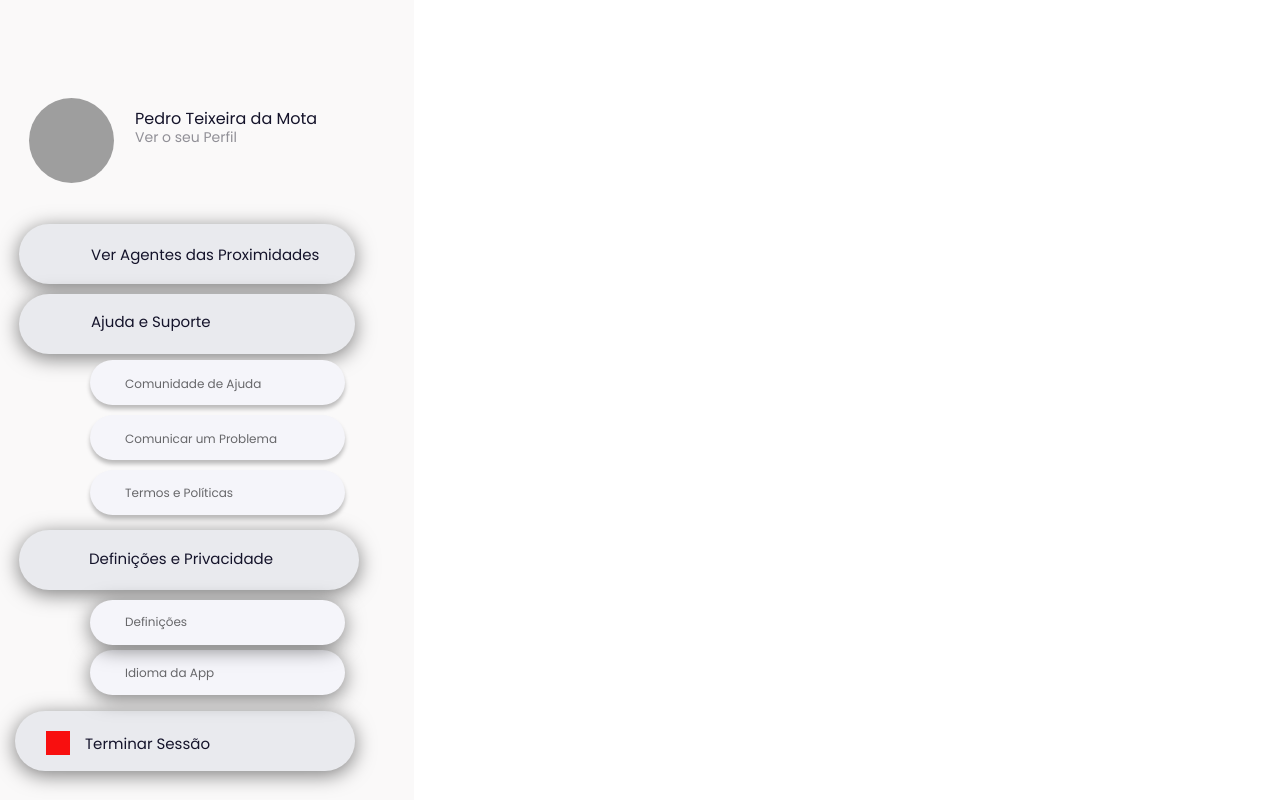
Repository: UnivMinho/D12_frontend
Page: Responsável no Terreno/Front-Office/Menu.html
The author's editor kept a record of every edit. The page is drawn from the files as they stood at one moment, then again after the next edit.
The browser window is 1280 px wide. The pictures show the whole page.
Pictures or frames that could not be fetched are drawn as grey boxes.

Above is the page before.

### Responsável no Terreno/Front-Office/Menu.html
<!DOCTYPE html>
<html>

<head>
    <meta charset="utf-8">
    <meta name="viewport" content="width=device-width, initial-scale=1, maximum-scale=1, user-scalable=no">
    <link href="https://fonts.googleapis.com/css?family=Poppins&display=swap" rel="stylesheet" />
    <link href="./Menu.css" rel="stylesheet" />
    <title>Document</title>
    <link href="./Menu.css" rel="stylesheet" />
    <title>Document</title>
    <link href="./Menu.css" rel="stylesheet" />
    <title>Document</title>
</head>

<body>
    <div class="v97_62">

            <div class="v97_64"></div>

            <div class="fotografia"></div><span class="textoVerPerfil">Ver o seu Perfil</span><span class="nomeAgente">Pedro Teixeira da Mota</span>
            <button class="caixaAgentesProx"></button>
            <button class="caixaAjudaeSuporte"></button>
            </div><span class="textoAjudaeSuporte">Ajuda e Suporte</span>
            </div><span class="textoVerAgentesProx">Ver Agentes das Proximidades</span>

             <!--menu de baixo
            <div class="v165_2368"></div>
            <div class="v165_2369"></div>
            <div class="name"></div>
            <div class="v165_2371"></div>
            <div class="v165_2372"></div>
            <div class="v165_2373"></div>
            <div class="v165_2374"></div>
            <div class="v165_2375"></div>
            <div class="v165_2376">
                <div class="v165_2377"></div>
                <div class="v165_2378"></div>
                <div class="v165_2379"></div>
                <div class="v165_2380"></div>
            </div>
            <div class="v165_2381"></div>-->

        <button class="caixaDefiePriv"></button>
        <div class="name"></div><span class="textoDefiePriv">Definições e Privacidade</span>
        <div class="name"></div>
        <button class="caixaTerminarSessao"></button>
        <div class="iconeTerminarSessao"></div><span class="textoTerminarSessao">Terminar Sessão</span>

        <button class="caixaTextoIdioma"></button><span class="textoIdiomaApp">Idioma da App</span>
        <div class="name"></div>
        <button class="caixaDefinicoes"></button><span class="textoDefinicoes">Definições</span>
        <button class="caixaTextoTermos"></button><span class="textoTermosPoliticas">Termos e Políticas</span>
        <button class="caixaTextoComProb"></button><span class="textoComunicarProblema">Comunicar um Problema</span>
        <button class="caixaTextoComAjuda"></button><span class="textoComunidadeAjuda">Comunidade de Ajuda</span>
        <div class="name"></div>
    </div>
</body>

</html>

### Responsável no Terreno/Front-Office/Menu.css
* {
  overflow-x: hidden;
  padding: 0px !important;
  margin: 0px !important;
}
.v97_62 {
  width: 414px;
  height: 800px;
  background: rgba(250,249,249,1);
  opacity: 1;
  position: absolute;
  top: 0px;
  left: 0px;
  overflow: hidden;
}

.v97_64 {
  width: 414px;
  height: 800px;
  background: rgba(250,249,249,1);
  opacity: 1;
  position: absolute;
  top: 18px;
  left: 0px;
}

.fotografia {
  width: 85px;
  height: 85px;
  background: url("../images/v97_85.png");
  opacity: 1;
  position: absolute;
  top: 98px;
  left: 29px;
  border-radius: 50%;
}
.textoVerPerfil {
  width: 114px;
  color: rgba(145,144,151,1);
  position: absolute;
  top: 127px;
  left: 135px;
  font-family: Poppins;
  font-weight: Regular;
  font-size: 14px;
  opacity: 1;
  text-align: left;
}
.nomeAgente {
  width: 198px;
  color: rgba(20,19,42,1);
  position: absolute;
  top: 106px;
  left: 135px;
  font-family: Poppins;
  font-weight: Regular;
  font-size: 16px;
  opacity: 1;
  text-align: left;
}
.caixaAgentesProx {
  width: 336px;
  height: 60px;
  background: rgba(233,234,238,1);
  opacity: 1;
  position: absolute;
  top: 224px;
  left: 19px;
  border-top-left-radius: 50px;
  border-top-right-radius: 50px;
  border-bottom-left-radius: 50px;
  border-bottom-right-radius: 50px;
  box-shadow: 0px 4px 20px rgba(0.40784314274787903, 0.4274509847164154, 0.8784313797950745, 0.5);
  overflow: hidden;
  border: none;
}
.caixaAjudaeSuporte {
  width: 336px;
  height: 60px;
  background: rgba(233,234,238,1);
  opacity: 1;
  position: absolute;
  top: 294px;
  left: 19px;
  border-top-left-radius: 50px;
  border-top-right-radius: 50px;
  border-bottom-left-radius: 50px;
  border-bottom-right-radius: 50px;
  box-shadow: 0px 4px 20px rgba(0.40784314274787903, 0.4274509847164154, 0.8784313797950745, 0.5);
  overflow: hidden;
  border: none;
}


.textoAjudaeSuporte {
  width: 182px;
  color: rgba(20,19,42,1);
  position: absolute;
  top: 310px;
  left: 91px;
  font-family: Poppins;
  font-weight: Regular;
  font-size: 15px;
  opacity: 1;
  text-align: left;
}

.textoVerAgentesProx {
  width: 242px;
  color: rgba(20,19,42,1);
  position: absolute;
  top: 243px;
  left: 91px;
  font-family: Poppins;
  font-weight: Regular;
  font-size: 15px;
  opacity: 1;
  text-align: left;
}
/*
.v165_2368 {
  width: 111px;
  height: 48px;
  background: url("../images/v165_2368.png");
  opacity: 1;
  position: absolute;
  top: 785px;
  left: 238px;
  box-shadow: 0px 10px 10px rgba(1, 0.22083336114883423, 0.28858697414398193, 0.15000000596046448);
}
.v165_2369 {
  width: 375px;
  height: 92px;
  background: rgba(250,249,249,1);
  opacity: 1;
  position: absolute;
  top: 797px;
  left: 1px;
  box-shadow: 0px -1px 0px rgba(0, 0, 0, 0.15000000596046448);
  overflow: hidden;
}
.name {
  color: #fff;
}
.v165_2371 {
  width: 60px;
  height: 58px;
  background: rgba(244,244,244,1);
  opacity: 1;
  position: absolute;
  top: 811px;
  left: 12px;
  border-top-left-radius: 24px;
  border-top-right-radius: 24px;
  border-bottom-left-radius: 24px;
  border-bottom-right-radius: 24px;
  box-shadow: 0px 1px 12px rgba(0, 0, 0, 0.03999999910593033);
  overflow: hidden;
}
.v165_2372 {
  width: 60px;
  height: 58px;
  background: rgba(244,244,244,1);
  opacity: 1;
  position: absolute;
  top: 811px;
  left: 85px;
  border-top-left-radius: 24px;
  border-top-right-radius: 24px;
  border-bottom-left-radius: 24px;
  border-bottom-right-radius: 24px;
  box-shadow: 0px 1px 12px rgba(0, 0, 0, 0.03999999910593033);
  overflow: hidden;
}
.v165_2373 {
  width: 60px;
  height: 58px;
  background: rgba(244,244,244,1);
  opacity: 1;
  position: absolute;
  top: 811px;
  left: 230px;
  border-top-left-radius: 24px;
  border-top-right-radius: 24px;
  border-bottom-left-radius: 24px;
  border-bottom-right-radius: 24px;
  box-shadow: 0px 1px 12px rgba(0, 0, 0, 0.03999999910593033);
  overflow: hidden;
}
.v165_2374 {
  width: 60px;
  height: 58px;
  background: rgba(244,244,244,1);
  opacity: 1;
  position: absolute;
  top: 811px;
  left: 304px;
  border-top-left-radius: 24px;
  border-top-right-radius: 24px;
  border-bottom-left-radius: 24px;
  border-bottom-right-radius: 24px;
  box-shadow: 0px 1px 12px rgba(0, 0, 0, 0.03999999910593033);
  overflow: hidden;
}
.v165_2375 {
  width: 28px;
  height: 35px;
  background: rgba(193,193,193,1);
  opacity: 1;
  position: absolute;
  top: 821px;
  left: 27px;
}
.v165_2376 {
  width: 265px;
  height: 54px;
  background: url("../images/v165_2376.png");
  background-repeat: no-repeat;
  background-position: center center;
  background-size: cover;
  opacity: 1;
  position: absolute;
  top: 813px;
  left: 86px;
  overflow: hidden;
}
.v165_2377 {
  width: 40px;
  height: 54px;
  background: url("../images/v165_2377.png");
  opacity: 1;
  position: absolute;
  top: 0px;
  left: 0px;
}
.v165_2378 {
  width: 30px;
  height: 30px;
  background: rgba(193,193,193,1);
  opacity: 1;
  position: absolute;
  top: 10px;
  left: 15px;
}
.v165_2379 {
  width: 33px;
  height: 33px;
  background: rgba(193,193,193,1);
  opacity: 1;
  position: absolute;
  top: 9px;
  left: 158px;
}
.v165_2380 {
  width: 33px;
  height: 33px;
  background: rgba(193,193,193,1);
  opacity: 1;
  position: absolute;
  top: 8px;
  left: 232px;
}
.v165_2381 {
  width: 60px;
  height: 58px;
  background: rgba(244,244,244,1);
  opacity: 1;
  position: absolute;
  top: 810px;
  left: 157px;
  border-top-left-radius: 24px;
  border-top-right-radius: 24px;
  border-bottom-left-radius: 24px;
  border-bottom-right-radius: 24px;
  box-shadow: 0px 1px 12px rgba(0, 0, 0, 0.03999999910593033);
  overflow: hidden;
}*/

.caixaDefiePriv {
  width: 340px;
  height: 60px;
  background: rgba(233,234,238,1);
  opacity: 1;
  position: absolute;
  top: 530px;
  left: 19px;
  border-top-left-radius: 50px;
  border-top-right-radius: 50px;
  border-bottom-left-radius: 50px;
  border-bottom-right-radius: 50px;
  box-shadow: 0px 4px 20px rgba(0.40784314274787903, 0.4274509847164154, 0.8784313797950745, 0.5);
  overflow: hidden;
  border: none;
}

.textoDefiePriv {
  width: 223px;
  color: rgba(20,19,42,1);
  position: absolute;
  top: 547px;
  left: 89px;
  font-family: Poppins;
  font-weight: Regular;
  font-size: 15px;
  opacity: 1;
  text-align: left;
}

.caixaTerminarSessao {
  width: 340px;
  height: 60px;
  background: rgba(233,234,238,1);
  opacity: 1;
  position: absolute;
  top: 711px;
  left: 15px;
  border-top-left-radius: 50px;
  border-top-right-radius: 50px;
  border-bottom-left-radius: 50px;
  border-bottom-right-radius: 50px;
  box-shadow: 0px 4px 20px rgba(0.40784314274787903, 0.4274509847164154, 0.8784313797950745, 0.5);
  overflow: hidden;
  border: none;
}
.iconeTerminarSessao{
  width: 24px;
  height: 24px;
  background: rgba(248,15,15,1);
  opacity: 1;
  position: absolute;
  top: 731px;
  left: 46px;
}
.textoTerminarSessao{
  width: 223px;
  color: rgba(20,19,42,1);
  position: absolute;
  top: 732px;
  left: 85px;
  font-family: Poppins;
  font-weight: Regular;
  font-size: 15px;
  opacity: 1;
  text-align: left;
}
.caixaTextoIdioma{
  width: 255px;
  height: 45px;
  background: #F5F5FA;
  opacity: 1;
  position: absolute;
  top: 650px;
  left: 90px;
  border-top-left-radius: 50px;
  border-top-right-radius: 50px;
  border-bottom-left-radius: 50px;
  border-bottom-right-radius: 50px;
  box-shadow: 0px 4px 20px rgba(0.40784314274787903, 0.4274509847164154, 0.8784313797950745, 0.5);
  overflow: hidden;
  border: none;
}
.textoIdiomaApp {
  width: 131px;
  color: rgba(103,103,106,1);
  position: absolute;
  top: 664px;
  left: 125px;
  font-family: Poppins;
  font-weight: Regular;
  font-size: 12px;
  opacity: 1;
  text-align: left;
}

.caixaDefinicoes {
  width: 255px;
  height: 45px;
  background: #F5F5FA;
  opacity: 1;
  position: absolute;
  top: 600px;
  left: 90px;
  border-top-left-radius: 50px;
  border-top-right-radius: 50px;
  border-bottom-left-radius: 50px;
  border-bottom-right-radius: 50px;
  box-shadow: 0px 4px 20px rgba(0.40784314274787903, 0.4274509847164154, 0.8784313797950745, 0.5);
  overflow: hidden;
  border: none;
}

.textoDefinicoes {
  width: 131px;
  color: rgba(103,103,106,1);
  position: absolute;
  top: 613px;
  left: 125px;
  font-family: Poppins;
  font-weight: Regular;
  font-size: 12px;
  opacity: 1;
  text-align: left;
}
.caixaTextoTermos{
  width: 255px;
  height: 45px;
  background: #F5F5FA;
  opacity: 1;
  position: absolute;
  top: 470px;
  left: 90px;
  border-top-left-radius: 50px;
  border-top-right-radius: 50px;
  border-bottom-left-radius: 50px;
  border-bottom-right-radius: 50px;
  box-shadow: 0px 4px 4px rgba(0, 0, 0, 0.25);
  overflow: hidden;
  border: none;
}
.textoTermosPoliticas{
  width: 141px;
  color: rgba(103,103,106,1);
  position: absolute;
  top: 484px;
  left: 125px;
  font-family: Poppins;
  font-weight: Regular;
  font-size: 12px;
  opacity: 1;
  text-align: left;
}
.caixaTextoComProb{
  width: 255px;
  height: 45px;
  background: #F5F5FA;
  opacity: 1;
  position: absolute;
  top: 415px;
  left: 90px;
  border-top-left-radius: 50px;
  border-top-right-radius: 50px;
  border-bottom-left-radius: 50px;
  border-bottom-right-radius: 50px;
  box-shadow: 0px 4px 4px rgba(0, 0, 0, 0.25);
  overflow: hidden;
  border: none;
}
.textoComunicarProblema {
  width: 216px;
  color: rgba(103,103,106,1);
  position: absolute;
  top: 430px;
  left: 125px;
  font-family: Poppins;
  font-weight: Regular;
  font-size: 12px;
  opacity: 1;
  text-align: left;
}
.caixaTextoComAjuda{
  width: 255px;
  height: 45px;
  background: #F5F5FA;
  opacity: 1;
  position: absolute;
  top: 360px;
  left: 90px;
  border-top-left-radius: 50px;
  border-top-right-radius: 50px;
  border-bottom-left-radius: 50px;
  border-bottom-right-radius: 50px;
  box-shadow: 0px 4px 4px rgba(0, 0, 0, 0.25);
  overflow: hidden;
  border: none;
}
.textoComunidadeAjuda {
  width: 202px;
  color: rgba(103,103,106,1);
  position: absolute;
  top: 375px;
  left: 125px;
  font-family: Poppins;
  font-weight: Regular;
  font-size: 12px;
  opacity: 1;
  text-align: left;
}
.name {
  color: #fff;
}

After the next edit:
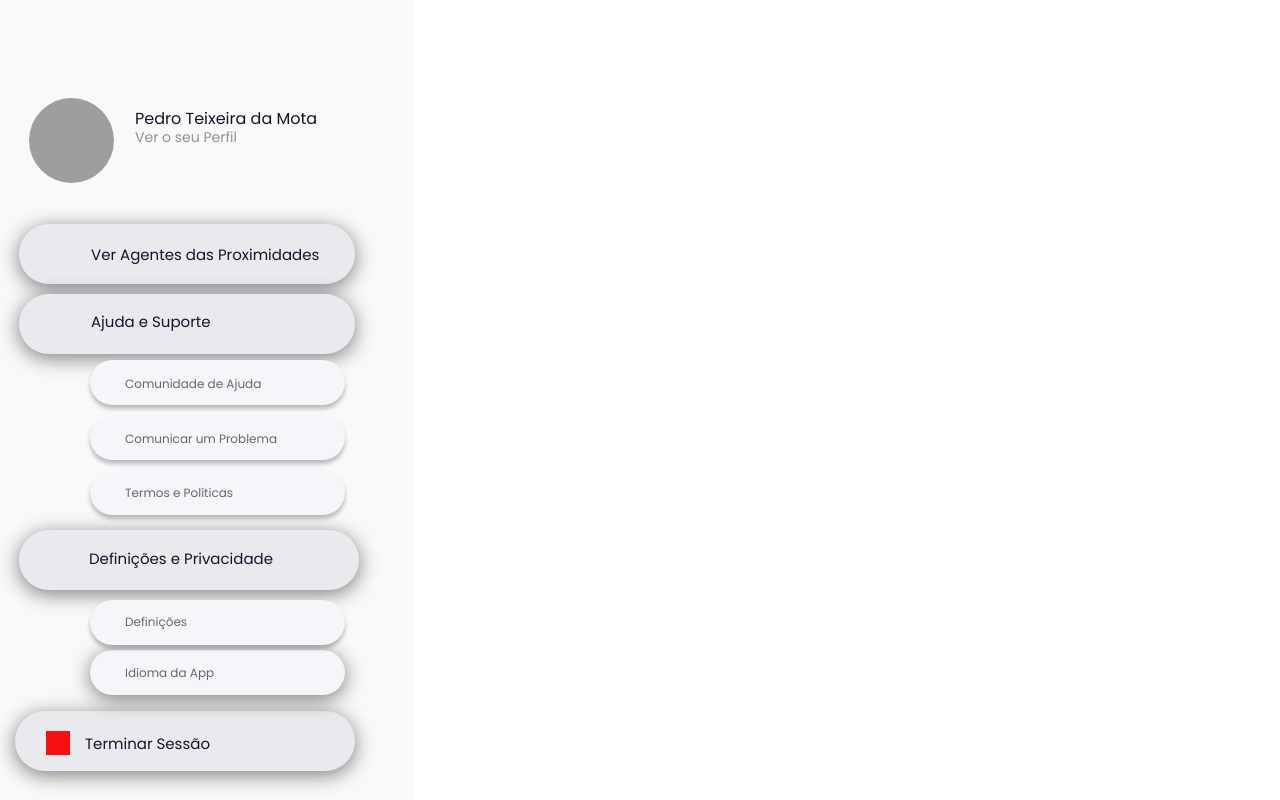
The edit:
--- a/Responsável no Terreno/Front-Office/Menu.css
+++ b/Responsável no Terreno/Front-Office/Menu.css
@@ -384,7 +384,7 @@
   border-top-right-radius: 50px;
   border-bottom-left-radius: 50px;
   border-bottom-right-radius: 50px;
-  box-shadow: 0px 4px 20px rgba(0.40784314274787903, 0.4274509847164154, 0.8784313797950745, 0.5);
+  box-shadow: 0px 4px 4px rgba(0, 0, 0, 0.25);
   overflow: hidden;
   border: none;
 }
